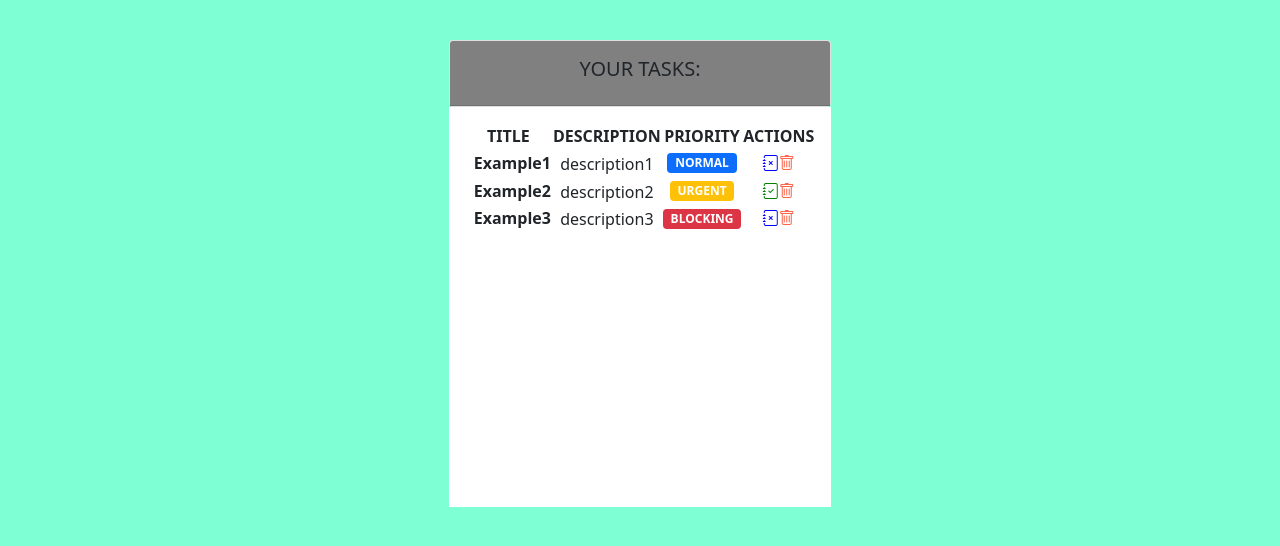
Repository: abgdev1997/proyecto-evo
Page: /
An editor plug-in stored every save of this project. The page is shown before and after the next save, followed by the edit.
The browser window is 1280 px wide. The pictures show the whole page.
The project was rebuilt for these pictures with package versions that can differ from the ones it lists, and the page was loaded fresh each time.

Above is the page before, as saved 2022-01-27 13:03:27.

After the next save:
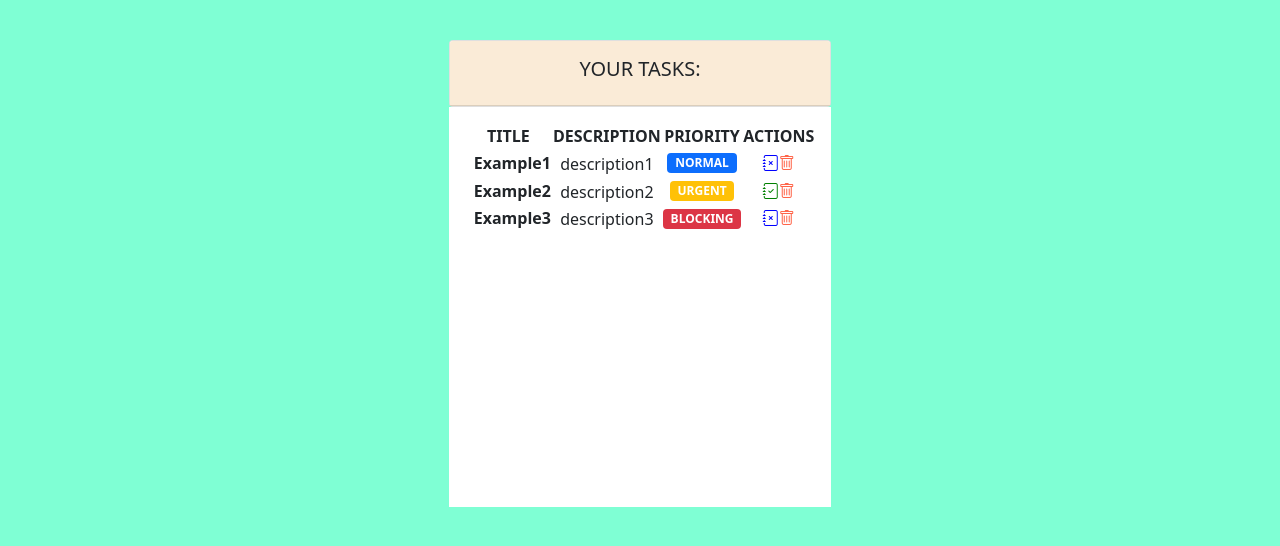
Saved 50 s later.
--- a/src/components/container/task_list.jsx
+++ b/src/components/container/task_list.jsx
@@ -37,7 +37,7 @@ const TaskList = () => {
                 <div className='card'>
                     {/* CARD HEADER (TITLE) */}
                     {/* card-header es la cabecera de la carta, p-3 es padding 3 */}
-                    <div className='card-header p-3' style={{backgroundColor:'gray'}}>
+                    <div className='card-header p-3' style={{backgroundColor:'antiquewhite'}}>
                         <h5>
                             YOUR TASKS:
                         </h5>
